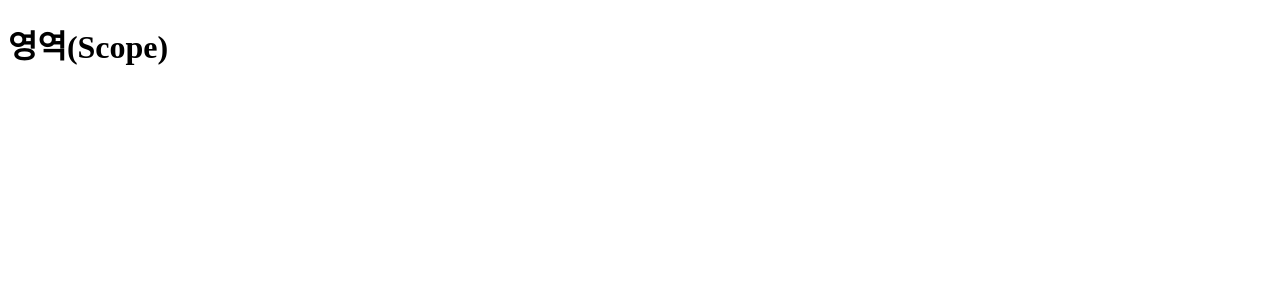
Repository: Parknogyung/Backend
Page: http://localhost/02_JSP/views/scope/
An editor plug-in stored every save of this project. The page is shown before and after the next save, followed by the edit.
The browser window is 1280 px wide. The pictures show the whole page.
The page is served by Tomcat 9.

Above is the page before, as saved 2022-07-11 05:02:44.

After the next save:
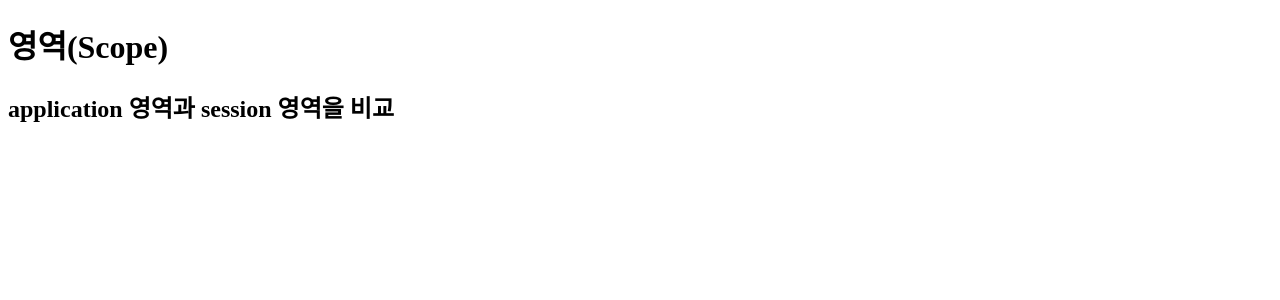
Saved 15 s later.
--- a/02_JSP/src/main/webapp/views/scope/index.jsp
+++ b/02_JSP/src/main/webapp/views/scope/index.jsp
@@ -8,5 +8,7 @@
 </head>
 <body>
 	<h1>영역(Scope)</h1>
+
+	<h2>application 영역과 session 영역을 비교</h2>
 </body>
 </html>
